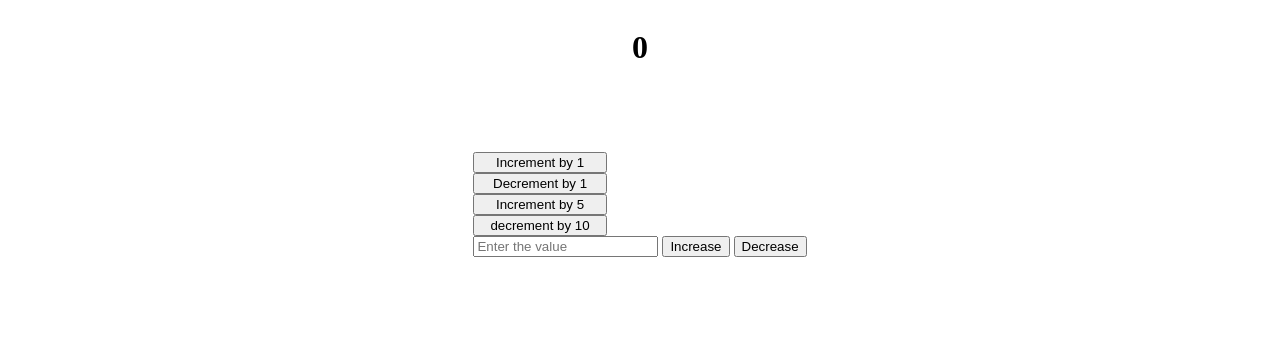
Repository: drumsmanku/micro-project-2
Page: index.html
These files come from the project's save history. The page is drawn as it stood at one moment and after the next save; the edit follows.
The browser window is 1280 px wide. The pictures show the whole page.

Above is the page before, as saved 2023-04-07 19:33:38.

### index.html
<!DOCTYPE html>
<html lang="en">
<head>
  <meta charset="UTF-8">
  <meta http-equiv="X-UA-Compatible" content="IE=edge">
  <meta name="viewport" content="width=device-width, initial-scale=1.0">
  <link rel="stylesheet" href="style.css">
  <title>micro Project 2</title>
</head>
<body>
  <div class="my-elements">
    <h1 id="h1-tag">0</h1>
    <div class="second-part">
      <div class="second-first-part">
        <button id="clicked-1">Increment by 1</button>
        <button id="clicked-2">Decrement by 1</button>
        <button id="clicked-3">Increment by 5</button>
        <button id="clicked-4">decrement by 10</button>
      </div>
      <div class="second-second-part">
        <input type="number" name="num" id="num" placeholder="Enter the value">
        <button id="inc-dec-1">Increase</button>
        <button id="inc-dec-2">Decrease</button>
      </div>

    </div>
  </div>
</body>
</html>

### style.css
.my-elements{
  display: flex;
  align-items: center;
  justify-content: center;
  flex-direction: column;
}

.second-part{
  display: flex;
  flex-direction: column;
  flex-wrap: wrap;
  margin-top: 4rem;
  justify-content: space-between;
}

.second-first-part{
  display: flex;
  flex-direction: column;
}

.second-first-part button{
  width: 10em;
}

After the next save:
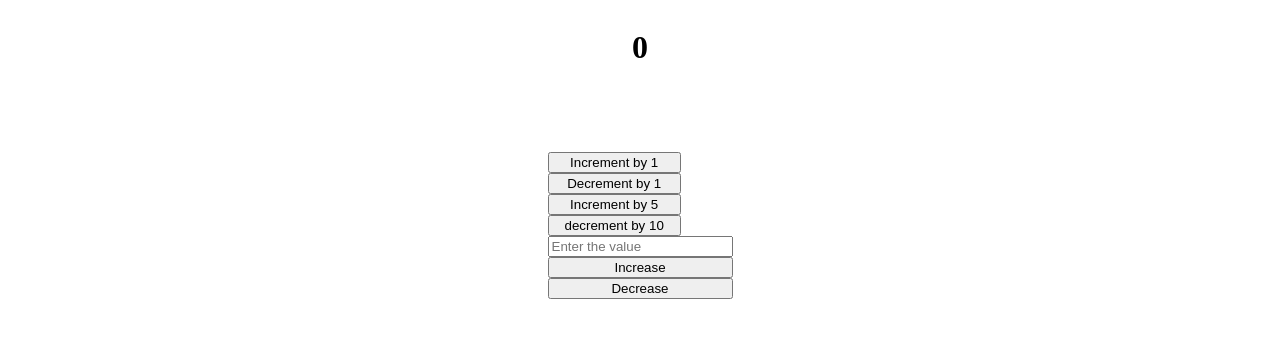
Saved 33 s later.
--- a/style.css
+++ b/style.css
@@ -21,3 +21,8 @@
 .second-first-part button{
   width: 10em;
 }
+
+.second-second-part{
+  display: flex;
+  flex-direction: column;
+}
